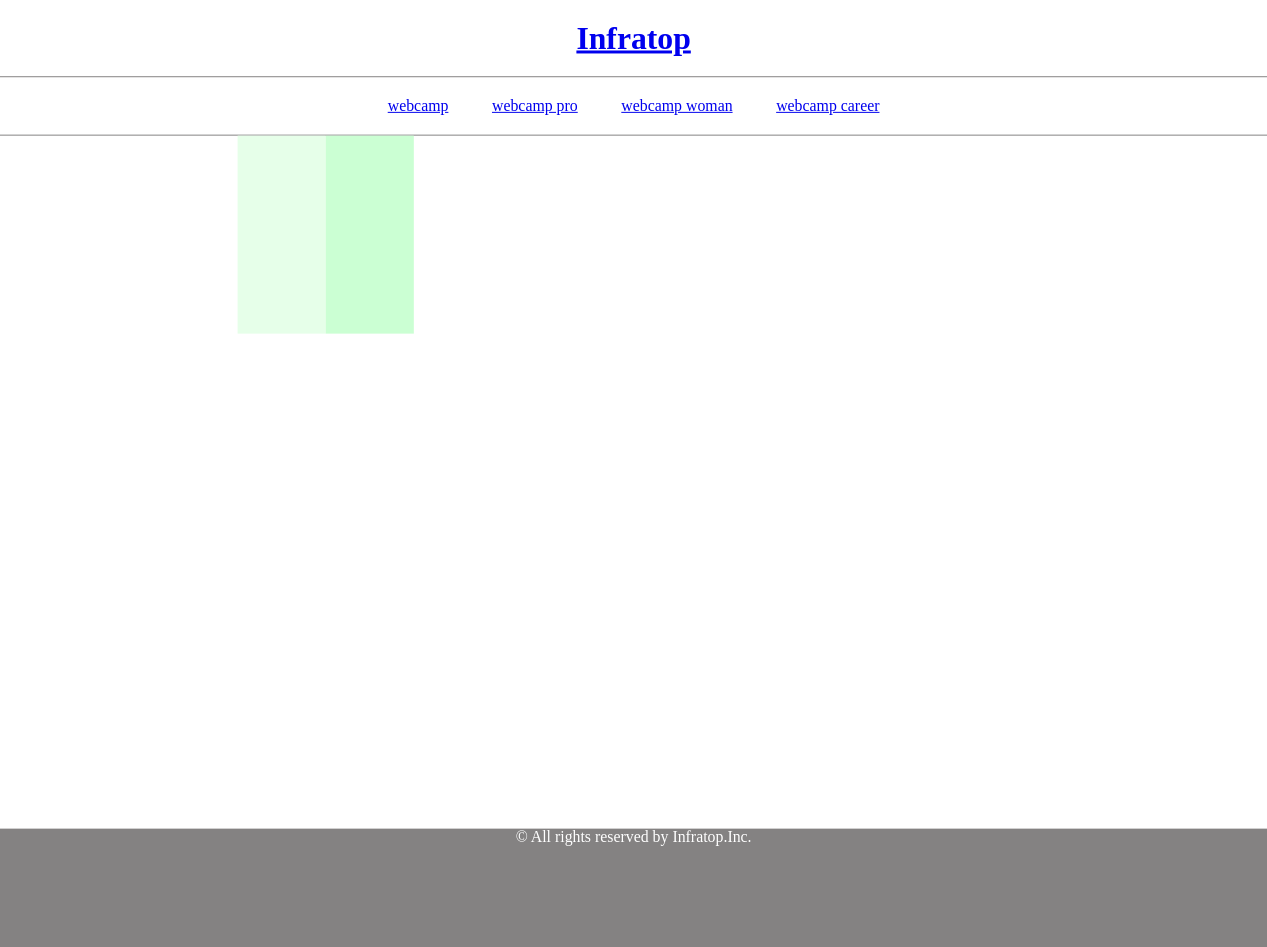
Repository: ryosei-110/HTML-CSS-
Page: 1-5exercise/index.html
The author's editor kept a record of every edit. The page is drawn from the files as they stood at one moment, then again after the next edit.
The browser window is 1280 px wide. The pictures show the whole page, at 99% of full size.

Above is the page before.

After the next edit:
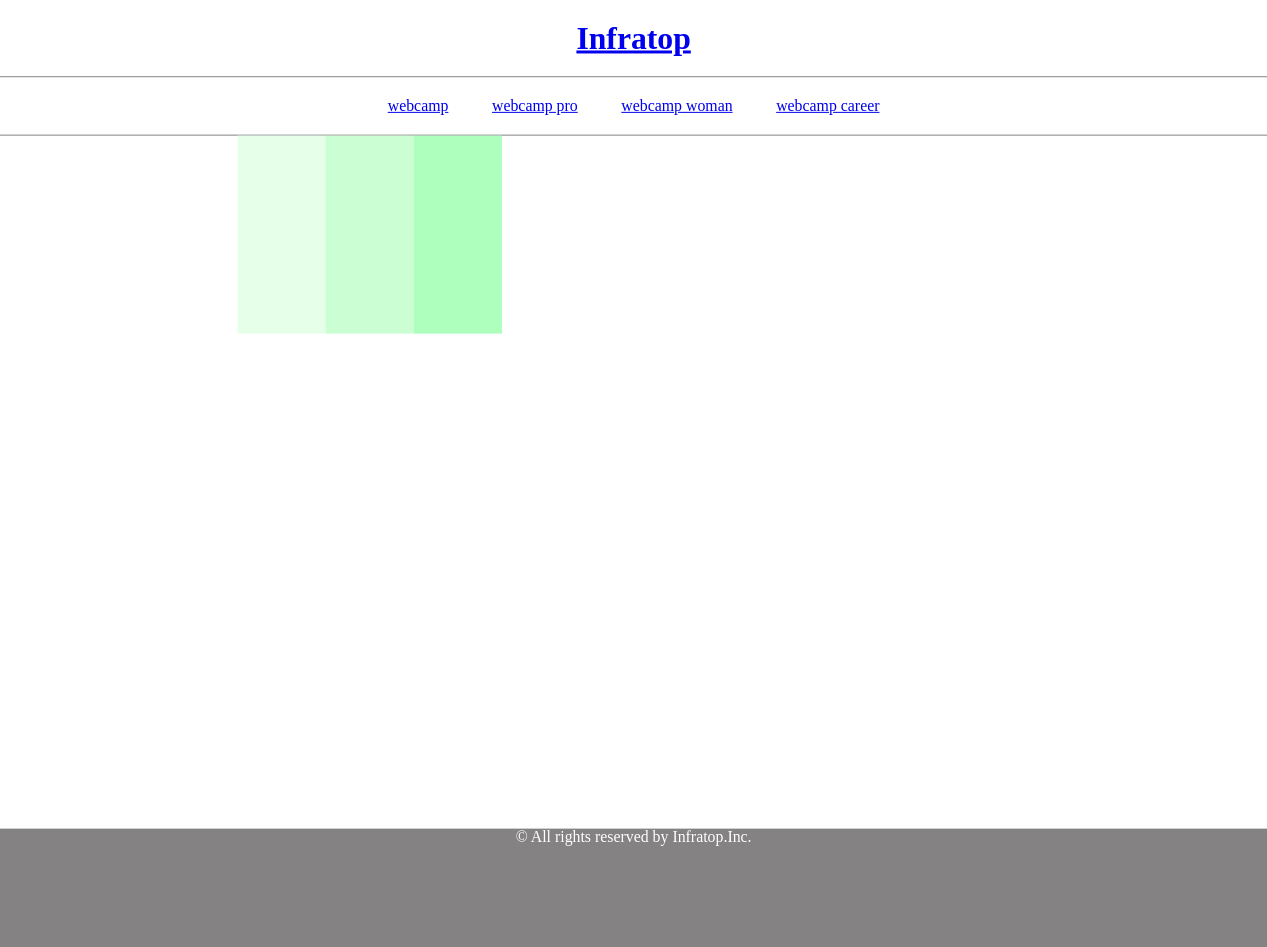
The edit:
--- a/1-5exercise/style.css
+++ b/1-5exercise/style.css
@@ -48,7 +48,7 @@
 .box3 {
   width: 200px;
   height: 200px;
-  color: #aeffbd;
+  background-color:  #aeffbd;
 }
 
 .box4 {
